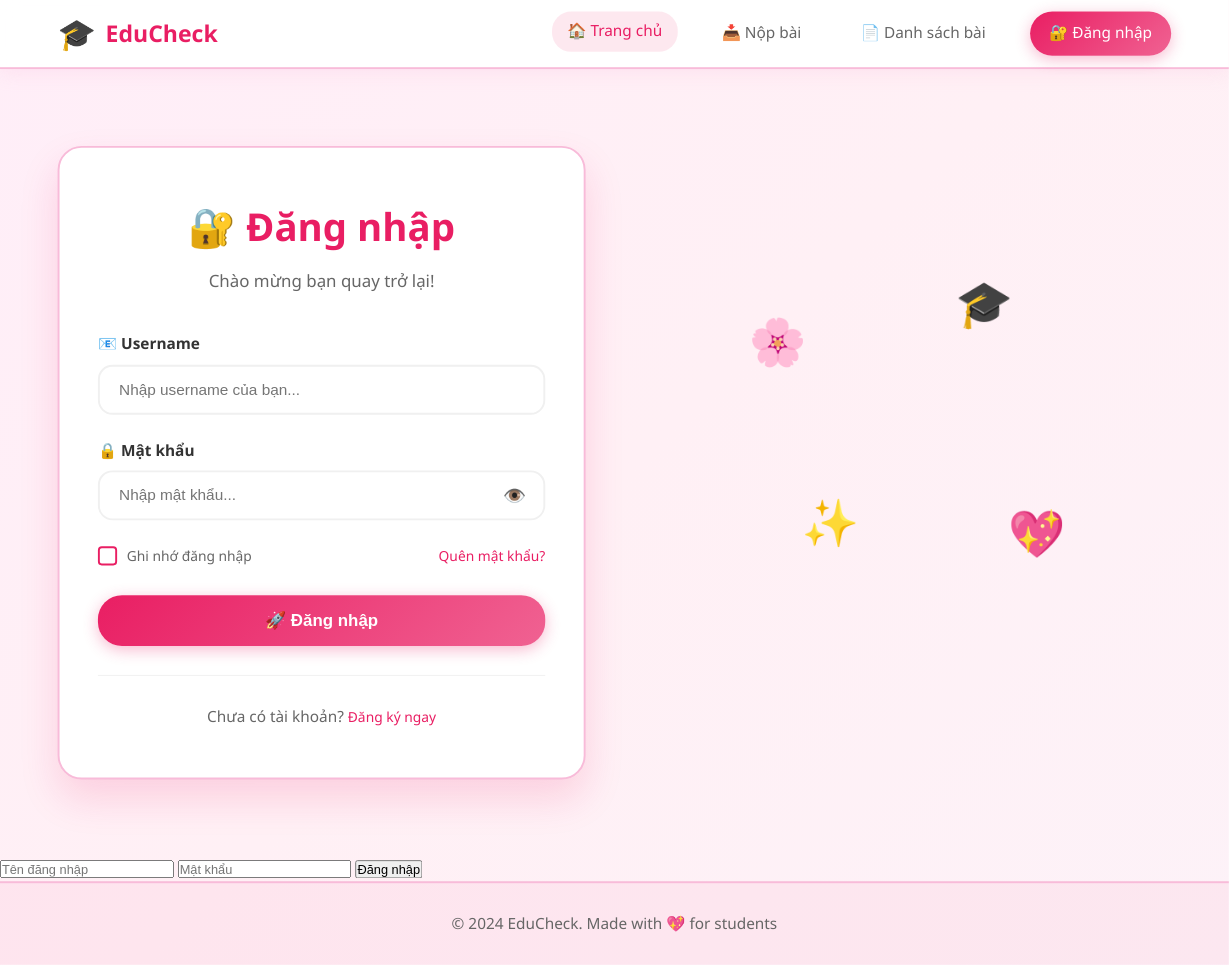
Repository: tuanloc782004/Plagiarism-Detection-System
Page: http://localhost/plagiarism-checker/login.jsp
An editor plug-in stored every save of this project. The page is shown before and after the next save, followed by the edit.
The browser window is 1280 px wide. The pictures show the whole page, at 96% of full size.
The page is served by Tomcat 9.

Above is the page before, as saved 2025-05-26 08:07:40.

After the next save:
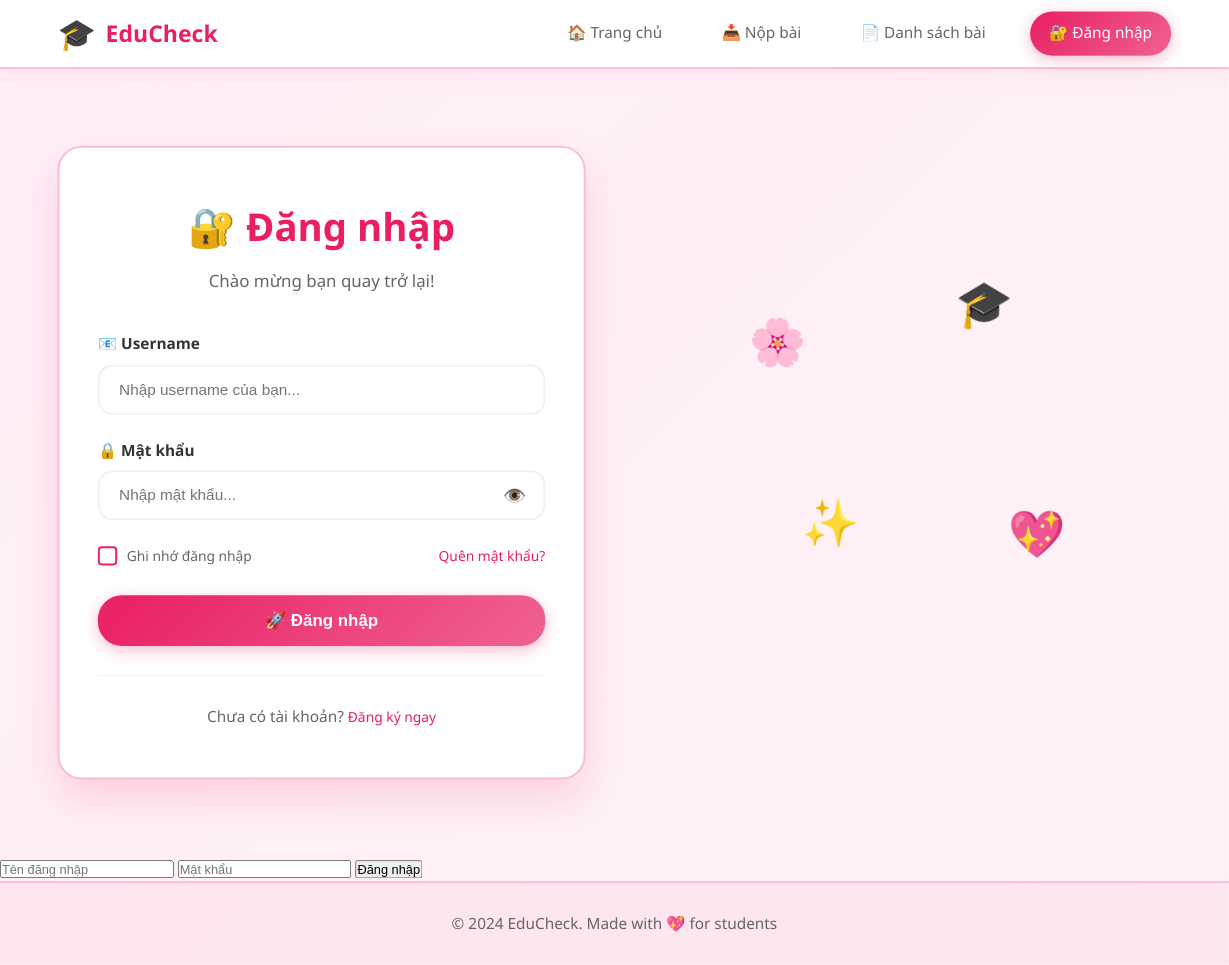
Saved 82 s later.
--- a/plagiarism-checker/src/main/webapp/login.jsp
+++ b/plagiarism-checker/src/main/webapp/login.jsp
@@ -16,7 +16,7 @@
 				<span class="logo-icon">🎓</span> <span class="logo-text">EduCheck</span>
 			</div>
 			<ul class="nav-menu" id="nav-menu">
-				<li><a href="home.jsp" class="nav-link active">🏠 Trang chủ</a></li>
+				<li><a href="home.jsp" class="nav-link">🏠 Trang chủ</a></li>
 				<li><a href="upload.jsp" class="nav-link">📥 Nộp bài</a></li>
 				<li><a href="essay_list.jsp" class="nav-link">📄 Danh sách
 						bài</a></li>
